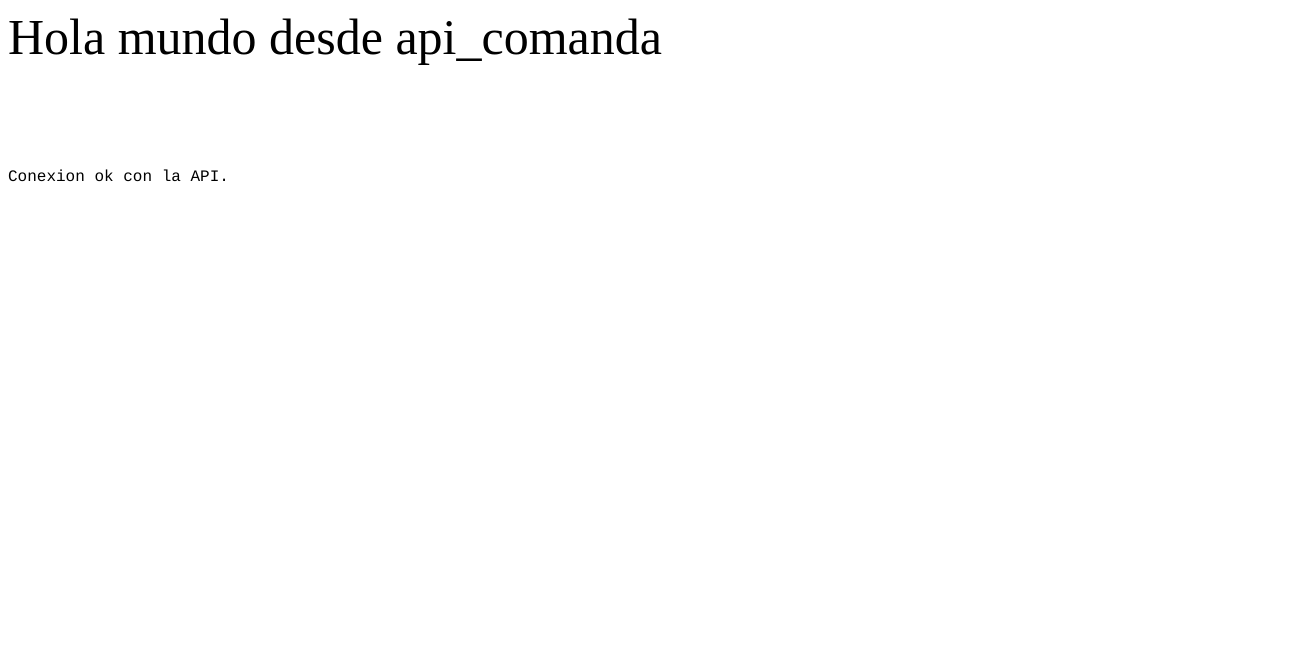
Repository: danieldebrito/api_comanda
Page: http://localhost/app/index.php
An editor plug-in stored every save of this project. The page is shown before and after the next save, followed by the edit.
The browser window is 1280 px wide. The page is 1280 px wide, then 1302 px, then 1280 px, so the pictures cover 1302 px, including what lies to the right of the window. The pictures show the whole page.
The page is run by PHP 8.4 with error messages shown; the project is at /var/www/html/.

Above is the page before, as saved 2019-08-05 00:01:19.

### app/index.php
<?php
use \Psr\Http\Message\ServerRequestInterface as Request;
use \Psr\Http\Message\ResponseInterface as Response;

require '../composer/vendor/autoload.php';
require './AccesoDatos.php';

///////////////////   ENTITIES  ///////////
require './entities/cliente/clienteApi.php';
require './entities/comanda/comandaApi.php';
require './entities/empleados/empleadoApi.php';
require './entities/comanda_productos/comanda_productosApi.php';
require './entities/encuestas/encuestasApi.php';
require './entities/jornadas/jornadasApi.php';
require './entities/mesas/mesasApi.php';
require './entities/productos/productosApi.php';

$config['displayErrorDetails'] = true;
$config['addContentLengthHeader'] = false;

$app = new \Slim\App(["settings" => $config]);

$app->get("/", function() {
  echo "
  <p style='font-size:50px;'>Hola mundo desde api_comanda</p>
  <br> <br>
  <p style='font-family:courier;'>Conexion ok con la API.</p>
  ";
});

$app->group('/clientes', function () {
  $this->get('/', \clienteApi::class . ':readAllApi');
  $this->get('/{id_cliente}', \clienteApi::class . ':readApi');
  $this->post('/', \clienteApi::class . ':createApi');
  $this->delete('/{id_cliente}[/]', \clienteApi::class . ':deleteApi');
  $this->post('/update', \clienteApi::class . ':updateApi');
});

$app->group('/comandas', function () {
  $this->get('/', \comandaApi::class . ':readAllApi');
  $this->get('/{id_comanda}', \comandaApi::class . ':readApi');
  $this->post('/', \comandaApi::class . ':createApi');
  $this->delete('/{id_comanda}[/]', \comandaApi::class . ':deleteApi');
  $this->post('/update', \comandaApi::class . ':updateApi');
});

$app->group('/empleados', function () {
  $this->get('/', \empleadoApi::class . ':readAllApi');
  $this->get('/{id_empleado}', \empleadoApi::class . ':readApi');
  $this->post('/', \empleadoApi::class . ':createApi');
  $this->delete('/{id_empleado}[/]', \empleadoApi::class . ':deleteApi');
  $this->post('/update', \empleadoApi::class . ':updateApi');
});

$app->group('/comanda_productos', function () {
  $this->get('/', \comanda_productoApi::class . ':readAllApi');
  $this->get('/{id_comanda_producto}', \comanda_productoApi::class . ':readApi');
  $this->post('/', \comanda_productoApi::class . ':createApi');
  $this->delete('/{id_comanda_producto}[/]', \comanda_productoApi::class . ':deleteApi');
  $this->post('/update', \comanda_productoApi::class . ':updateApi');
});

$app->group('/encuestas', function () {
  $this->get('/', \encuestaApi::class . ':readAllApi');
  $this->get('/{id_encuesta}', \encuestaApi::class . ':readApi');
  $this->post('/', \encuestaApi::class . ':createApi');
  $this->delete('/{id_encuesta}[/]', \encuestaApi::class . ':deleteApi');
  $this->post('/update', \encuestaApi::class . ':updateApi');
});

$app->group('/jornadas', function () {
  $this->get('/', \jornadaApi::class . ':readAllApi');
  $this->get('/{id_jornada}', \jornadaApi::class . ':readApi');
  $this->post('/', \jornadaApi::class . ':createApi');
  $this->delete('/{id_jornada}[/]', \jornadaApi::class . ':deleteApi');
  $this->post('/update', \jornadaApi::class . ':updateApi');
});

$app->group('/mesas', function () {
  $this->get('/', \mesaApi::class . ':readAllApi');
  $this->get('/{id_mesa}', \mesaApi::class . ':readApi');
  $this->post('/', \mesaApi::class . ':createApi');
  $this->delete('/{id_mesa}[/]', \mesaApi::class . ':deleteApi');
  $this->post('/update', \mesaApi::class . ':updateApi');
});

$app->group('/productos', function () {
  $this->get('/', \productoApi::class . ':readAllApi');
  $this->get('/{id_producto}', \productoApi::class . ':readApi');
  $this->post('/', \productoApi::class . ':createApi');
  $this->delete('/{id_producto}[/]', \productoApi::class . ':deleteApi');
  $this->post('/update', \productoApi::class . ':updateApi');
});

// cors habilitadas
$app->add(function ($req, $res, $next) {
  $response = $next($req, $res);
  return $response
          ->withHeader('Access-Control-Allow-Origin', 'http://localhost:4200')
          ->withHeader('Access-Control-Allow-Headers', 'X-Requested-With, Content-Type, Accept, Origin, Authorization')
          ->withHeader('Access-Control-Allow-Methods', 'GET, POST, PUT, DELETE, OPTIONS');
});

$app->run();

### app/AccesoDatos.php
<?php
class AccesoDatos
{
    private static $ObjetoAccesoDatos;
    private $objetoPDO;

    private function __construct()
    {
        try {
            // allytech
            // $this->objetoPDO = new PDO('mysql:host=localhost;dbname=meyro_sgc;charset=utf8', 'uv025572', '9BHMPHNirj', array(PDO::ATTR_EMULATE_PREPARES => false,PDO::ATTR_ERRMODE => PDO::ERRMODE_EXCEPTION));
            // $this->objetoPDO->exec("SET CHARACTER SET utf8");

            // local host
            $this->objetoPDO = new PDO('mysql:host=localhost;dbname=comanda;charset=utf8', 'root', '', array(PDO::ATTR_EMULATE_PREPARES => false,PDO::ATTR_ERRMODE => PDO::ERRMODE_EXCEPTION));
            $this->objetoPDO->exec("SET CHARACTER SET utf8");
            }
        catch (PDOException $e) {
            print "Error!: " . $e->getMessage();
            die();
        }
    }

    public function RetornarConsulta($sql)
    {
        return $this->objetoPDO->prepare($sql);
    }
     public function RetornarUltimoIdInsertado()
    {
        return $this->objetoPDO->lastInsertId();
    }

    public static function dameUnObjetoAcceso()
    {
        if (!isset(self::$ObjetoAccesoDatos)) {
            self::$ObjetoAccesoDatos = new AccesoDatos();
        }
        return self::$ObjetoAccesoDatos;
    }


     // Evita que el objeto se pueda clonar
    public function __clone()
    {
        trigger_error('La clonación de este objeto no está permitida', E_USER_ERROR);
    }
}
?>

### app/IApiCRUD.php
<?php

interface IApiCRUD{
	public function readAllApi($request, $response, $args);
	public function readApi($request, $response, $args);
   	public function CreateApi($request, $response, $args);
   	public function deleteApi($request, $response, $args);
   	public function updateApi($request, $response, $args);
}

### app/entities/empleados/empleadoApi.php
<?php
require_once 'empleado.php';
require_once 'IApiCRUD.php';



class empleadoApi extends empleado implements IApiCRUD
{

    public function readAllApi($request, $response, $args)
    {
        $all = empleado::readAll();
        $newResponse = $response->withJson($all, 200);
        return $newResponse;
    }

    public function readApi($request, $response, $args)
    {
        $id = $args['id_empleado'];
        $Ret = empleado::read($id);
        $newResponse = $response->withJson($Ret, 200);
        return $newResponse;
    }

    public function CreateApi($request, $response, $args)
    {

        $ArrayDeParametros = $request->getParsedBody();

        $id_empleado = $ArrayDeParametros['id_empleado'];
        $rol_empleado = $ArrayDeParametros['rol_empleado'];
        $id_estado_empleado = $ArrayDeParametros['id_estado_empleado'];
        $nombre_y_apellido = $ArrayDeParametros['nombre_y_apellido'];


        $entity = new empleado();
        $entity->id_empleado = $id_empleado;
        $entity->rol_empleado = $rol_empleado;
        $entity->id_estado_empleado = $id_estado_empleado;
        $entity->nombre_y_apellido = $nombre_y_apellido;

        $entity->create();

        $response->getBody()->write("true");

        return $response;
    }

    public function deleteApi($request, $response, $args)
    {
        $id = $args["id_empleado"];
        $respuesta = empleado::delete($id);
        $newResponse = $response->withJson($respuesta, 200);
        return $newResponse;
    }

    public function updateApi($request, $response, $args)
    {
        $ArrayDeParametros = $request->getParsedBody();
        $entity = new empleado();
        $entity->id_empleado = $ArrayDeParametros['id_empleado'];
        $entity->rol_empleado = $ArrayDeParametros['rol_empleado'];
        $entity->id_estado_empleado = $ArrayDeParametros['id_estado_empleado'];
		$entity->nombre_y_apellido = $ArrayDeParametros['nombre_y_apellido'];


        $resultado = $entity->update();
        $objDelaRespuesta = new stdclass();
        $objDelaRespuesta->resultado = $resultado;
        return $response->withJson($objDelaRespuesta, 200);
    }

    public function horariosAllApi($request, $response, $args)
    {
        $all = empleado::horariosAll();
        $newResponse = $response->withJson($all, 200);
        return $newResponse;
    }
}

### app/entities/comanda_productos/comanda_productosApi.php
<?php
require_once 'comanda_productos.php';
require_once 'IApiCRUD.php';



class comanda_productoApi extends comanda_producto implements IApiCRUD
{

    public function readAllApi($request, $response, $args)
    {
        $all = comanda_producto::readAll();
        $newResponse = $response->withJson($all, 200);
        return $newResponse;
    }

    public function readApi($request, $response, $args)
    {
        $id = $args['id_comanda_producto'];
        $Ret = comanda_producto::read($id);
        $newResponse = $response->withJson($Ret, 200);
        return $newResponse;
    }

    public function CreateApi($request, $response, $args)
    {
        $ArrayDeParametros = $request->getParsedBody();

        $id_comanda_producto = $ArrayDeParametros['id_comanda_producto'];
        $id_comanda = $ArrayDeParametros['id_comanda'];
        $id_producto = $ArrayDeParametros['id_producto'];
        $id_empleado = $ArrayDeParametros['id_empleado'];
        $id_estado_producto = $ArrayDeParametros['id_estado_producto'];
        $cantidad = $ArrayDeParametros['cantidad'];

        $entity = new comanda_producto();
        $entity->id_comanda_producto = $id_comanda_producto;
        $entity->id_comanda = $id_comanda;
        $entity->id_producto = $id_producto;
        $entity->id_empleado = $id_empleado;
        $entity->id_estado_producto = $id_estado_producto;
        $entity->cantidad = $cantidad;

        $entity->create();
        $response->getBody()->write("true");

        return $response;
    }

    public function deleteApi($request, $response, $args)
    {
        $id = $args["id_comanda_producto"];
        $respuesta = comanda_producto::delete($id);
        $newResponse = $response->withJson($respuesta, 200);
        return $newResponse;
    }

    public function updateApi($request, $response, $args)
    {
        $ArrayDeParametros = $request->getParsedBody();
        $entity = new comanda_producto();
        $entity->id_comanda_producto = $ArrayDeParametros['id_comanda_producto'];
        $entity->id_comanda = $ArrayDeParametros['id_comanda'];
        $entity->id_producto = $ArrayDeParametros['id_producto'];
        $entity->id_empleado = $ArrayDeParametros['id_empleado'];
        $entity->id_estado_producto = $ArrayDeParametros['id_estado_producto'];
        $entity->cantidad = $ArrayDeParametros['cantidad'];

        $resultado = $entity->update();
        $objDelaRespuesta = new stdclass();
        $objDelaRespuesta->resultado = $resultado;
        return $response->withJson($objDelaRespuesta, 200);
    }
}

### app/entities/encuestas/encuestasApi.php
<?php
require_once 'encuestas.php';
require_once 'IApiCRUD.php';

class encuestaApi extends encuesta implements IApiCRUD
{
    public function readAllApi($request, $response, $args)
    {
        $all = encuesta::readAll();
        $newResponse = $response->withJson($all, 200);
        return $newResponse;
    }

    public function readApi($request, $response, $args)
    {
        $id = $args['id_encuesta'];
        $Ret = encuesta::read($id);
        $newResponse = $response->withJson($Ret, 200);
        return $newResponse;
    }

    public function CreateApi($request, $response, $args)
    {
        $ArrayDeParametros = $request->getParsedBody();

        $id_encuesta = $ArrayDeParametros['id_encuesta'];
        $calificacion_mozo = $ArrayDeParametros['calificacion_mozo'];
        $calificacion_cocinero = $ArrayDeParametros['calificacion_cocinero'];
        $calificacion_mesa = $ArrayDeParametros['calificacion_mesa'];
        $calificacion_restaurante = $ArrayDeParametros['calificacion_restaurante'];
        $comentario = $ArrayDeParametros['comentario'];

        $entity = new encuesta();
        $entity->id_encuesta = $id_encuesta;
        $entity->calificacion_mozo = $calificacion_mozo;
        $entity->calificacion_cocinero = $calificacion_cocinero;
        $entity->calificacion_mesa = $calificacion_mesa;
        $entity->calificacion_restaurante = $calificacion_restaurante;
        $entity->comentario = $comentario;

        $entity->create();
        $response->getBody()->write("true");

        return $response;
    }

    public function deleteApi($request, $response, $args)
    {
        $id = $args["id_encuesta"];
        $respuesta = encuesta::delete($id);
        $newResponse = $response->withJson($respuesta, 200);
        return $newResponse;
    }

    public function updateApi($request, $response, $args)
    {
        $ArrayDeParametros = $request->getParsedBody();
        $entity = new encuesta();
        $entity->id_encuesta = $ArrayDeParametros['id_encuesta'];
        $entity->calificacion_mozo = $ArrayDeParametros['calificacion_mozo'];
        $entity->calificacion_cocinero = $ArrayDeParametros['calificacion_cocinero'];
        $entity->calificacion_mesa = $ArrayDeParametros['calificacion_mesa'];
        $entity->calificacion_restaurante = $ArrayDeParametros['calificacion_restaurante'];
        $entity->comentario = $ArrayDeParametros['comentario'];

        $resultado = $entity->update();
        $objDelaRespuesta = new stdclass();
        $objDelaRespuesta->resultado = $resultado;
        return $response->withJson($objDelaRespuesta, 200);
    }
}

### app/entities/jornadas/jornadasApi.php
<?php
require_once 'jornadas.php';
require_once 'IApiCRUD.php';

class jornadaApi extends jornada implements IApiCRUD
{
    public function readAllApi($request, $response, $args)
    {
        $all = jornada::readAll();
        $newResponse = $response->withJson($all, 200);
        return $newResponse;
    }

    public function readApi($request, $response, $args)
    {
        $id = $args['id_jornada'];
        $Ret = jornada::read($id);
        $newResponse = $response->withJson($Ret, 200);
        return $newResponse;
    }

    public function CreateApi($request, $response, $args)
    {
        $ArrayDeParametros = $request->getParsedBody();

        $id_jornada = $ArrayDeParametros['id_jornada'];
        $id_empleado = $ArrayDeParametros['id_empleado'];
        $entrada_fecha = $ArrayDeParametros['entrada_fecha'];
        $entrada_hora = $ArrayDeParametros['entrada_hora'];
        $salida_hora = $ArrayDeParametros['salida_hora'];

        $entity = new jornada();
        $entity->id_jornada = $id_jornada;
        $entity->id_empleado = $id_empleado;
        $entity->entrada_fecha = $entrada_fecha;
        $entity->entrada_hora = $entrada_hora;
        $entity->salida_hora = $salida_hora;

        $entity->create();
        $response->getBody()->write("true");

        return $response;
    }

    public function deleteApi($request, $response, $args)
    {
        $id = $args["id_jornada"];
        $respuesta = jornada::delete($id);
        $newResponse = $response->withJson($respuesta, 200);
        return $newResponse;
    }

    public function updateApi($request, $response, $args)
    {
        $ArrayDeParametros = $request->getParsedBody();
        $entity = new jornada();
        $entity->id_jornada = $ArrayDeParametros['id_jornada'];
        $entity->id_empleado = $ArrayDeParametros['id_empleado'];
        $entity->entrada_fecha = $ArrayDeParametros['entrada_fecha'];
        $entity->entrada_hora = $ArrayDeParametros['entrada_hora'];
        $entity->salida_hora = $ArrayDeParametros['salida_hora'];

        $resultado = $entity->update();
        $objDelaRespuesta = new stdclass();
        $objDelaRespuesta->resultado = $resultado;
        return $response->withJson($objDelaRespuesta, 200);
    }
}

### app/entities/mesas/mesasApi.php
<?php
require_once 'mesas.php';
require_once 'IApiCRUD.php';

class mesaApi extends mesa implements IApiCRUD
{
    public function readAllApi($request, $response, $args)
    {
        $all = mesa::readAll();
        $newResponse = $response->withJson($all, 200);
        return $newResponse;
    }

    public function readApi($request, $response, $args)
    {
        $id = $args['id_mesa'];
        $Ret = mesa::read($id);
        $newResponse = $response->withJson($Ret, 200);
        return $newResponse;
    }

    public function CreateApi($request, $response, $args)
    {
        $ArrayDeParametros = $request->getParsedBody();

        $id_mesa = $ArrayDeParametros['id_mesa'];
        $id_estado_mesa = $ArrayDeParametros['id_estado_mesa'];
        $url_foto = $ArrayDeParametros['url_foto'];
        $cant_comensales = $ArrayDeParametros['cant_comensales'];

        $entity = new mesa();
        $entity->id_mesa = $id_mesa;
        $entity->id_estado_mesa = $id_estado_mesa;
        $entity->url_foto = $url_foto;
        $entity->cant_comensales = $cant_comensales;

        $entity->create();
        $response->getBody()->write("true");

        return $response;
    }

    public function deleteApi($request, $response, $args)
    {
        $id = $args["id_mesa"];
        $respuesta = mesa::delete($id);
        $newResponse = $response->withJson($respuesta, 200);
        return $newResponse;
    }

    public function updateApi($request, $response, $args)
    {
        $ArrayDeParametros = $request->getParsedBody();
        $entity = new mesa();
        $entity->id_mesa = $ArrayDeParametros['id_mesa'];
        $entity->id_estado_mesa = $ArrayDeParametros['id_estado_mesa'];
        $entity->url_foto = $ArrayDeParametros['url_foto'];
        $entity->cant_comensales = $ArrayDeParametros['cant_comensales'];

        $resultado = $entity->update();
        $objDelaRespuesta = new stdclass();
        $objDelaRespuesta->resultado = $resultado;
        return $response->withJson($objDelaRespuesta, 200);
    }
}

### app/entities/productos/productosApi.php
<?php
require_once 'productos.php';
require_once 'IApiCRUD.php';

class productoApi extends producto implements IApiCRUD
{
    public function readAllApi($request, $response, $args)
    {
        $all = producto::readAll();
        $newResponse = $response->withJson($all, 200);
        return $newResponse;
    }

    public function readApi($request, $response, $args)
    {
        $id = $args['id_producto'];
        $Ret = producto::read($id);
        $newResponse = $response->withJson($Ret, 200);
        return $newResponse;
    }

    public function CreateApi($request, $response, $args)
    {
        $ArrayDeParametros = $request->getParsedBody();

        $id_producto = $ArrayDeParametros['id_producto'];
        $id_sector = $ArrayDeParametros['id_sector'];
        $producto = $ArrayDeParametros['producto'];
        $tiempo_preparacion = $ArrayDeParametros['tiempo_preparacion'];
        $precio = $ArrayDeParametros['precio'];

        $entity = new producto();
        $entity->id_producto = $id_producto;
        $entity->id_sector = $id_sector;
        $entity->producto = $producto;
        $entity->tiempo_preparacion = $tiempo_preparacion;
        $entity->precio = $precio;

        $entity->create();
        $response->getBody()->write("true");

        return $response;
    }

    public function deleteApi($request, $response, $args)
    {
        $id = $args["id_producto"];
        $respuesta = producto::delete($id);
        $newResponse = $response->withJson($respuesta, 200);
        return $newResponse;
    }

    public function updateApi($request, $response, $args)
    {
        $ArrayDeParametros = $request->getParsedBody();
        $entity = new producto();
        $entity->id_producto = $ArrayDeParametros['id_producto'];
        $entity->id_sector = $ArrayDeParametros['id_sector'];
        $entity->producto = $ArrayDeParametros['producto'];
        $entity->tiempo_preparacion = $ArrayDeParametros['tiempo_preparacion'];
        $entity->precio = $ArrayDeParametros['precio'];

        $resultado = $entity->update();
        $objDelaRespuesta = new stdclass();
        $objDelaRespuesta->resultado = $resultado;
        return $response->withJson($objDelaRespuesta, 200);
    }
}

Loaded but not shown: app/entities/cliente/cliente.php (158 lines, source omitted); app/entities/comanda/comanda.php (140 lines, source omitted); app/entities/empleados/empleado.php (136 lines, source omitted); app/entities/encuestas/encuestas.php (124 lines, source omitted); app/entities/comanda_productos/comanda_productos.php (124 lines, source omitted); app/entities/jornadas/jornadas.php (118 lines, source omitted); app/entities/productos/productos.php (118 lines, source omitted); app/entities/mesas/mesas.php (112 lines, source omitted); app/entities/cliente/clienteApi.php (102 lines, source omitted); app/entities/comanda/comandaApi.php (81 lines, source omitted)

After the next save:
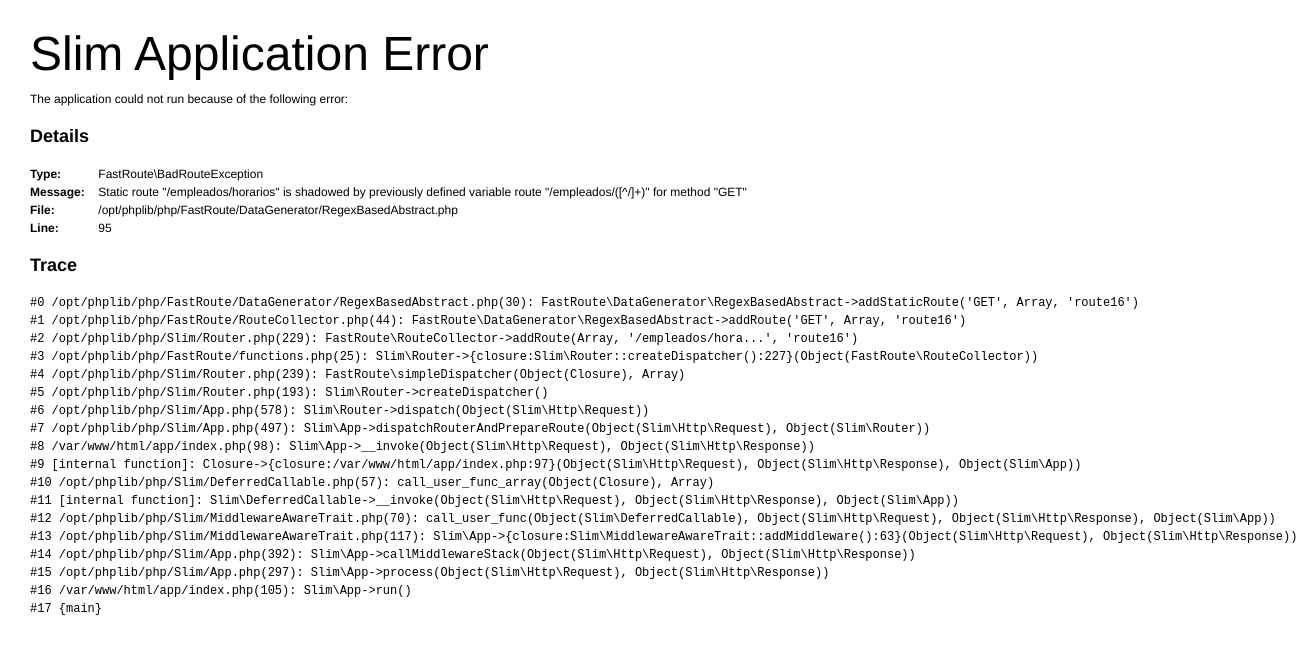
Saved 46 s later.
--- a/app/index.php
+++ b/app/index.php
@@ -50,6 +50,7 @@
   $this->post('/', \empleadoApi::class . ':createApi');
   $this->delete('/{id_empleado}[/]', \empleadoApi::class . ':deleteApi');
   $this->post('/update', \empleadoApi::class . ':updateApi');
+  $this->get('/horarios', \empleadoApi::class . ':horariosAllApi');
 });
 
 $app->group('/comanda_productos', function () {

After the save that followed:
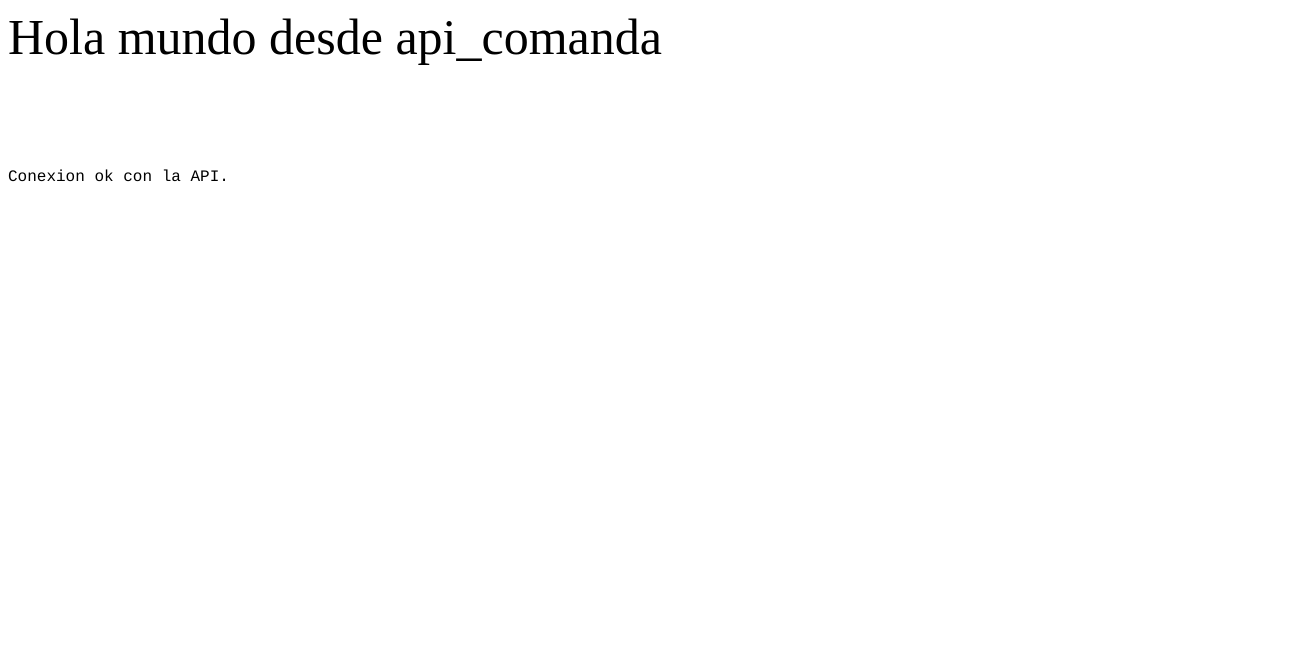
Saved 3 min 49 s later.
--- a/app/index.php
+++ b/app/index.php
@@ -50,8 +50,9 @@
   $this->post('/', \empleadoApi::class . ':createApi');
   $this->delete('/{id_empleado}[/]', \empleadoApi::class . ':deleteApi');
   $this->post('/update', \empleadoApi::class . ':updateApi');
-  $this->get('/horarios', \empleadoApi::class . ':horariosAllApi');
 });
+
+$app->get('/horarios', \empleadoApi::class . ':horariosAllApi');
 
 $app->group('/comanda_productos', function () {
   $this->get('/', \comanda_productoApi::class . ':readAllApi');
